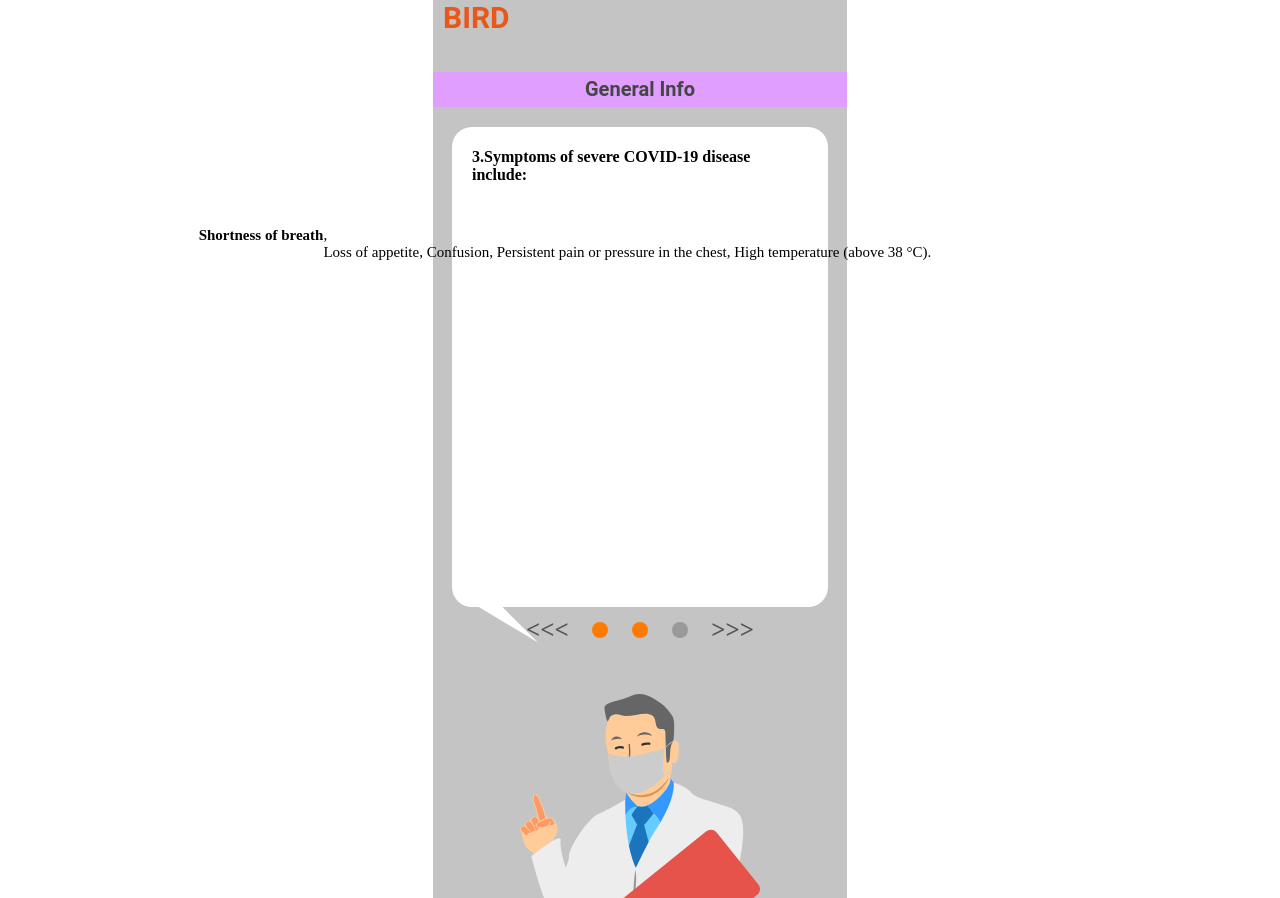
Repository: Levic559/BIRD
Page: General_info-3/1.html
The author's editor kept a copy of each file at every save. The page is drawn from the files as they stood at one save, then again after the next save.
The browser window is 1280 px wide. The pictures show the whole page.

Above is the page before, as saved 2021-03-11 01:12:09.

After the next save:
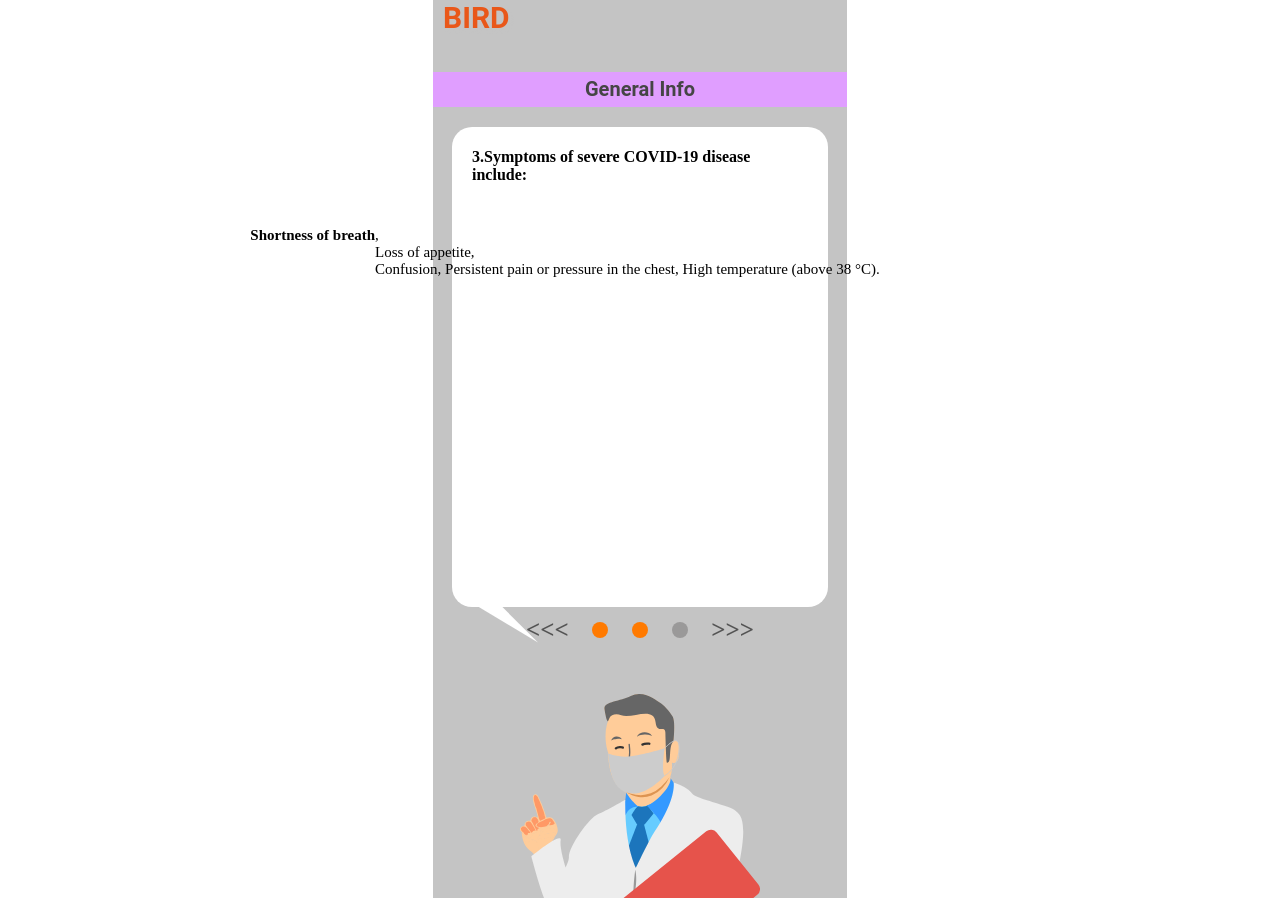
Saved 12 s later.
--- a/General_info-3/1.html
+++ b/General_info-3/1.html
@@ -18,7 +18,7 @@
         </h4>
         <p class="infographicText2"><b>Shortness of breath</b>,
           <br>Loss of appetite,
-          Confusion,
+          <br>Confusion,
           Persistent pain or pressure in the chest,
           High temperature (above 38 °C).
         </p>
